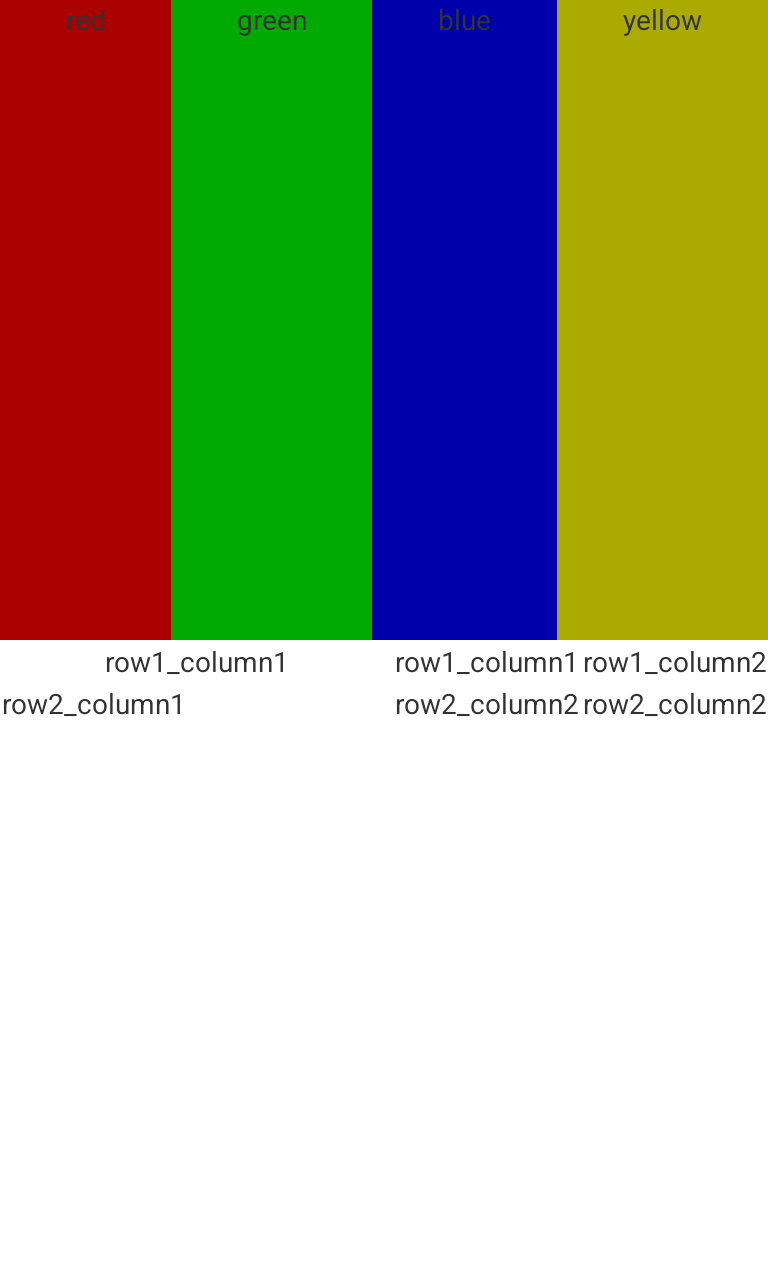
Repository: HouJun11220033/Android
Layout: Layout_04/res/layout/second.xml
An editor plug-in stored every save of this project. The layout is shown before and after the next save, followed by the edit.
It is drawn on a 768 x 1280 px phone screen (xhdpi) without system bars, with theme AppTheme; the app's code is not run.

Above is the layout before, as saved 2016-09-15 16:14:05.

### Layout_04/res/layout/second.xml
<?xml version="1.0" encoding="utf-8"?>
<LinearLayout xmlns:android="http://schemas.android.com/apk/res/android"
    android:layout_width="fill_parent"
    android:layout_height="fill_parent"
    android:orientation="vertical" >

    <LinearLayout
        android:layout_width="fill_parent"
        android:layout_height="fill_parent"
        android:layout_weight="1"
        android:orientation="horizontal" >

        <TextView
            android:layout_width="wrap_content"
            android:layout_height="fill_parent"
            android:layout_weight="1"
            android:background="#aa0000"
            android:gravity="center_horizontal"
            android:text="red" />

        <TextView
            android:layout_width="wrap_content"
            android:layout_height="fill_parent"
            android:layout_weight="1"
            android:background="#00aa00"
            android:gravity="center_horizontal"
            android:text="green" />

        <TextView
            android:layout_width="wrap_content"
            android:layout_height="fill_parent"
            android:layout_weight="1"
            android:background="#0000aa"
            android:gravity="center_horizontal"
            android:text="blue" />

        <TextView
            android:layout_width="wrap_content"
            android:layout_height="fill_parent"
            android:layout_weight="1"
            android:background="#aaaa00"
            android:gravity="center_horizontal"
            android:text="yellow" />
    </LinearLayout>

    <LinearLayout
        android:layout_width="fill_parent"
        android:layout_height="fill_parent"
        android:layout_weight="1"
        android:orientation="horizontal" >

        <TableLayout
            android:layout_width="fill_parent"
            android:layout_height="fill_parent"
            android:stretchColumns="0" >

            <TableRow>

                <TextView
                    android:gravity="center"
                    android:padding="1dip"
                    android:text="@string/row1_column1" />

                <TextView
                    android:gravity="center"
                    android:padding="1dip"
                    android:text="@string/row1_column1" >
                </TextView>

                <TextView
                    android:gravity="center"
                    android:padding="1dip"
                    android:text="@string/row1_column2" />
            </TableRow>

            <TableRow>

                <TextView
                    android:gravity="left"
                    android:padding="1dip"
                    android:text="@string/row2_column1" />

                <TextView
                    android:gravity="center"
                    android:padding="1dip"
                    android:text="@string/row2_column2" />

                <TextView
                    android:gravity="right"
                    android:padding="1dip"
                    android:text="@string/row2_column2" />
            </TableRow>
        </TableLayout>
    </LinearLayout>

</LinearLayout>

### Layout_04/res/values/strings.xml
<?xml version="1.0" encoding="utf-8"?>
<resources>

    <string name="hello">Hello World, TableTest!</string>
    <string name="app_name">layout02</string>
    <string name="row1_column1">row1_column1</string>
    <string name="row1_column2">row1_column2</string>
    <string name="row2_column1">row2_column1</string>
    <string name="row2_column2">row2_column2</string>

</resources>

Loaded but not shown: Layout_04/res/values/styles.xml (common file); Layout_04/res/values-v11/styles.xml (common file); Layout_04/res/values-v14/styles.xml (common file)

After the next save:
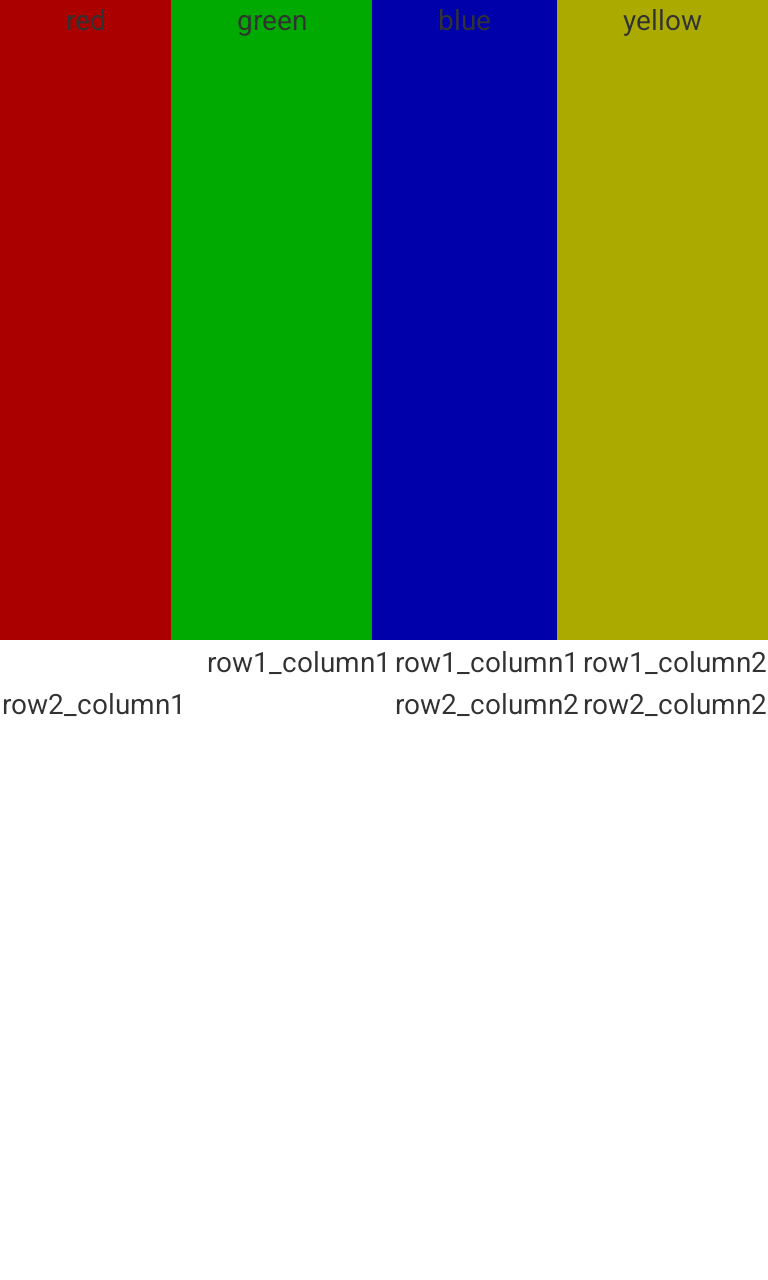
Saved 17 s later.
--- a/Layout_04/res/layout/second.xml
+++ b/Layout_04/res/layout/second.xml
@@ -57,7 +57,7 @@
             <TableRow>
 
                 <TextView
-                    android:gravity="center"
+                    android:gravity="right"
                     android:padding="1dip"
                     android:text="@string/row1_column1" />
 
